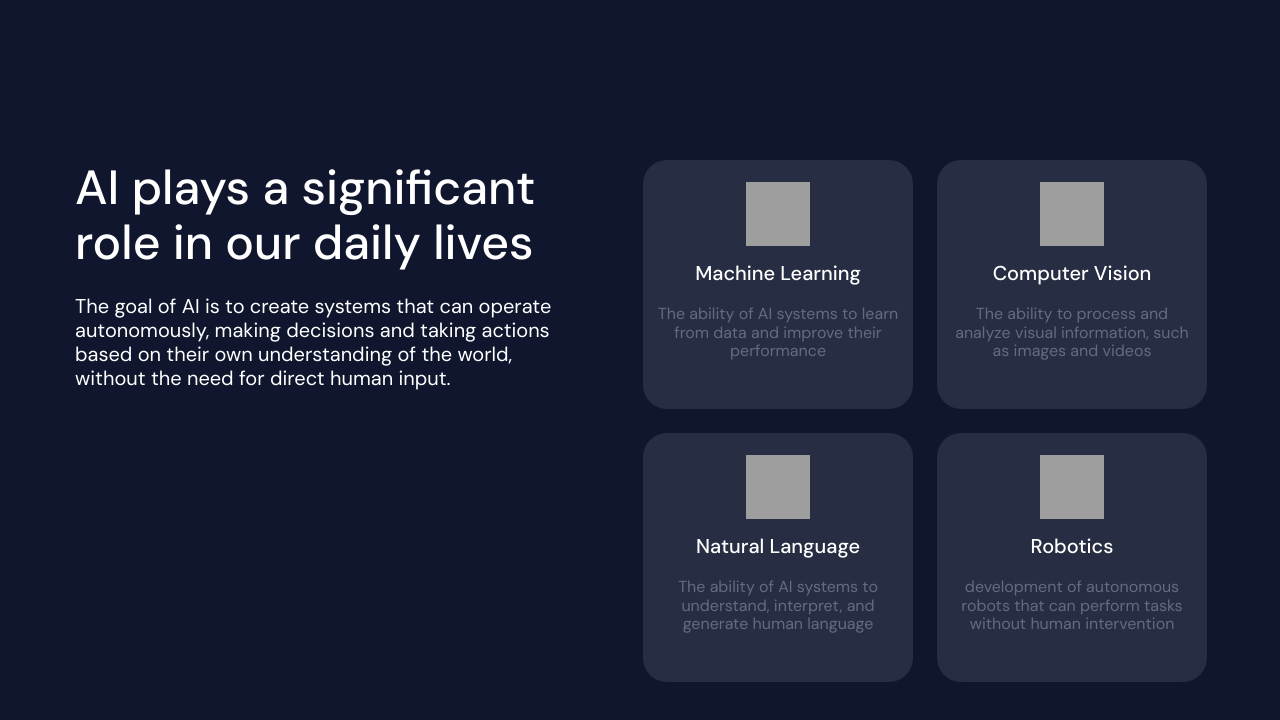
Repository: guli95/four-areas-of-AI-INVO-ACAdemy
Page: /
An editor plug-in stored every save of this project. The page is shown before and after the next save, followed by the edit.
The browser window is 1280 px wide. The pictures show the whole page.
Pictures or frames that could not be fetched are drawn as grey boxes. The project was rebuilt for these pictures with package versions that can differ from the ones it lists, and the page was loaded fresh each time.

Above is the page before, as saved 2023-03-13 15:47:11.

After the next save:
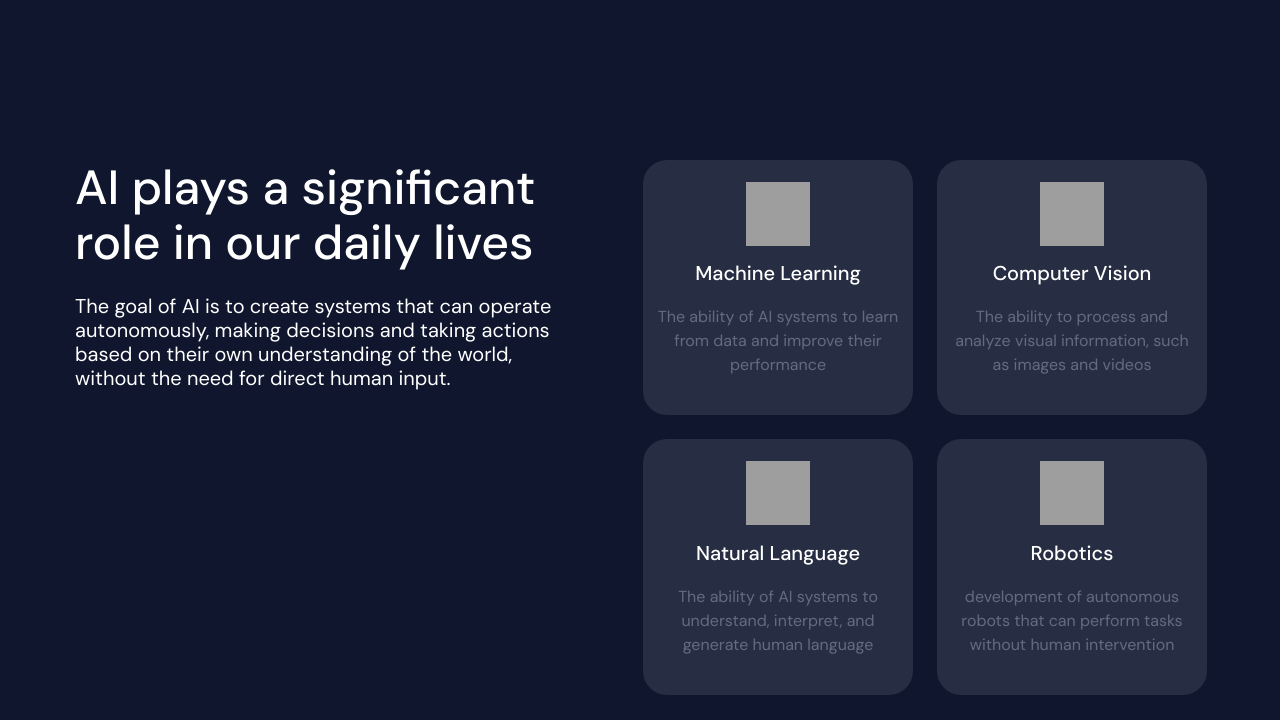
Saved 87 s later.
--- a/src/pages/home-page/styles/home-page.scss
+++ b/src/pages/home-page/styles/home-page.scss
@@ -104,6 +104,7 @@
             .card-text{
                 font-size: var(--text-s);
                 mix-blend-mode:soft-light;
+                line-height: 24px;
                 @media screen and (max-width:1024px) {
                     font-size: var(--text-xs);
                 }
